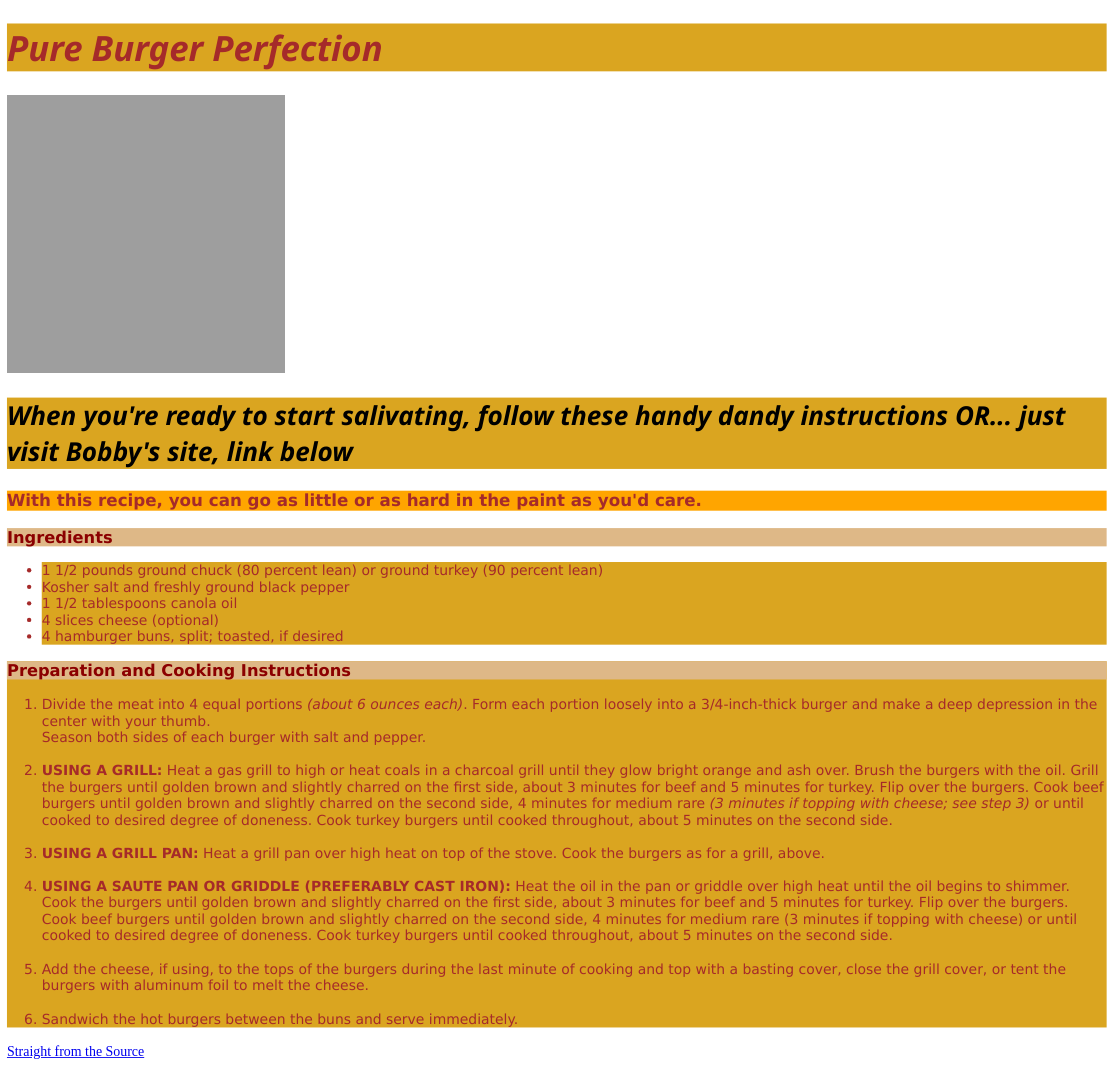
Repository: Spencertainty/practice-time
Page: member-spencer-odin-recipes/recipes/hamburgers.html
The author's editor kept a copy of each file at every save. The page is drawn from the files as they stood at one save, then again after the next save.
The browser window is 1280 px wide. The pictures show the whole page, at 87% of full size.
Pictures or frames that could not be fetched are drawn as grey boxes.

Above is the page before, as saved 2024-01-10 15:55:44.

After the next save:
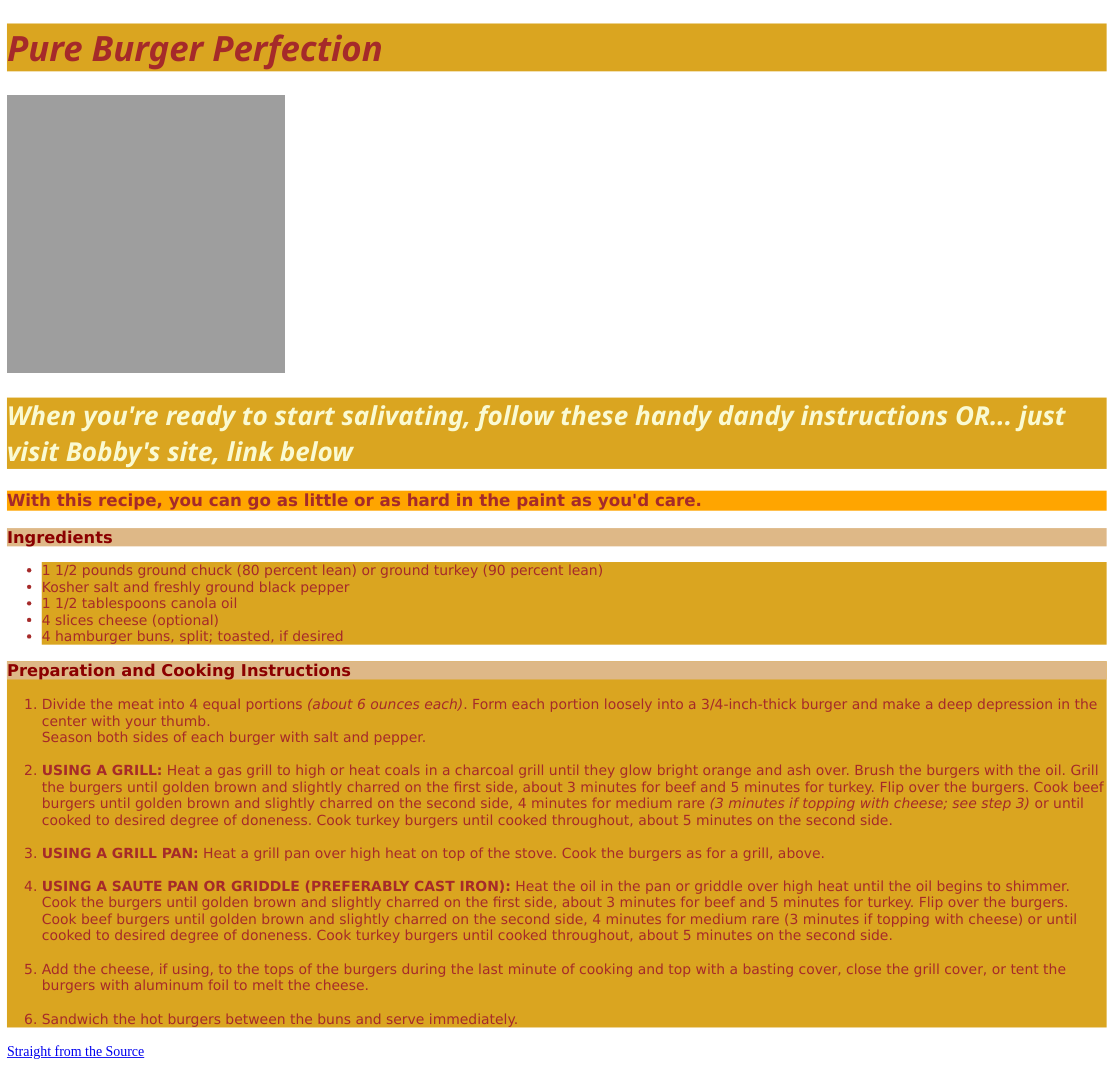
Saved 19 s later.
--- a/member-spencer-odin-recipes/recipes/burger.css
+++ b/member-spencer-odin-recipes/recipes/burger.css
@@ -17,7 +17,7 @@ h1 {
 
 h2 {font-style: italic;
     font-family: 'Segoe UI', Tahoma, Geneva, Verdana, sans-serif;
-    color: black;
+    color: lightgoldenrodyellow;
     font-size: 30px;
     background-color: goldenrod;
 }
